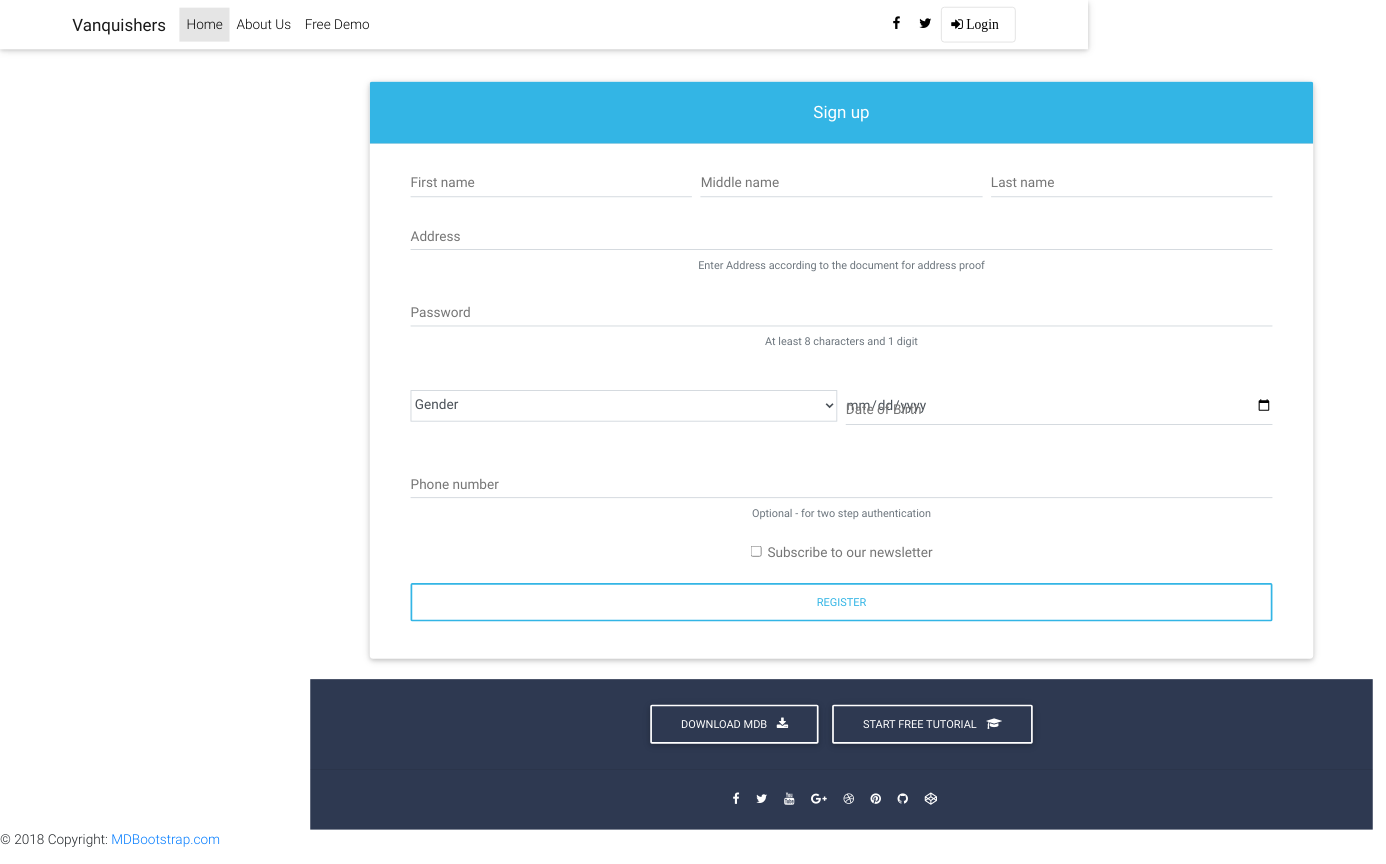
Repository: KJSCEhack/KJSCE_Vanquishers
Page: http://localhost/demo.php
These files come from the project's save history. The page is drawn as it stood at one moment and after the next save; the edit follows.
The browser window is 1280 px wide. The page is 1630 px wide, then 1280 px, so the pictures cover 1630 px, including what lies to the right of the window. The pictures show the whole page, at 85% of full size.
The page is run by PHP 8.4 with error messages shown; the project is at /var/www/html/.

Above is the page before, as saved 2018-10-06 09:56:12.
Console error: TypeError: $(...).material_select is not a function

After the next save:
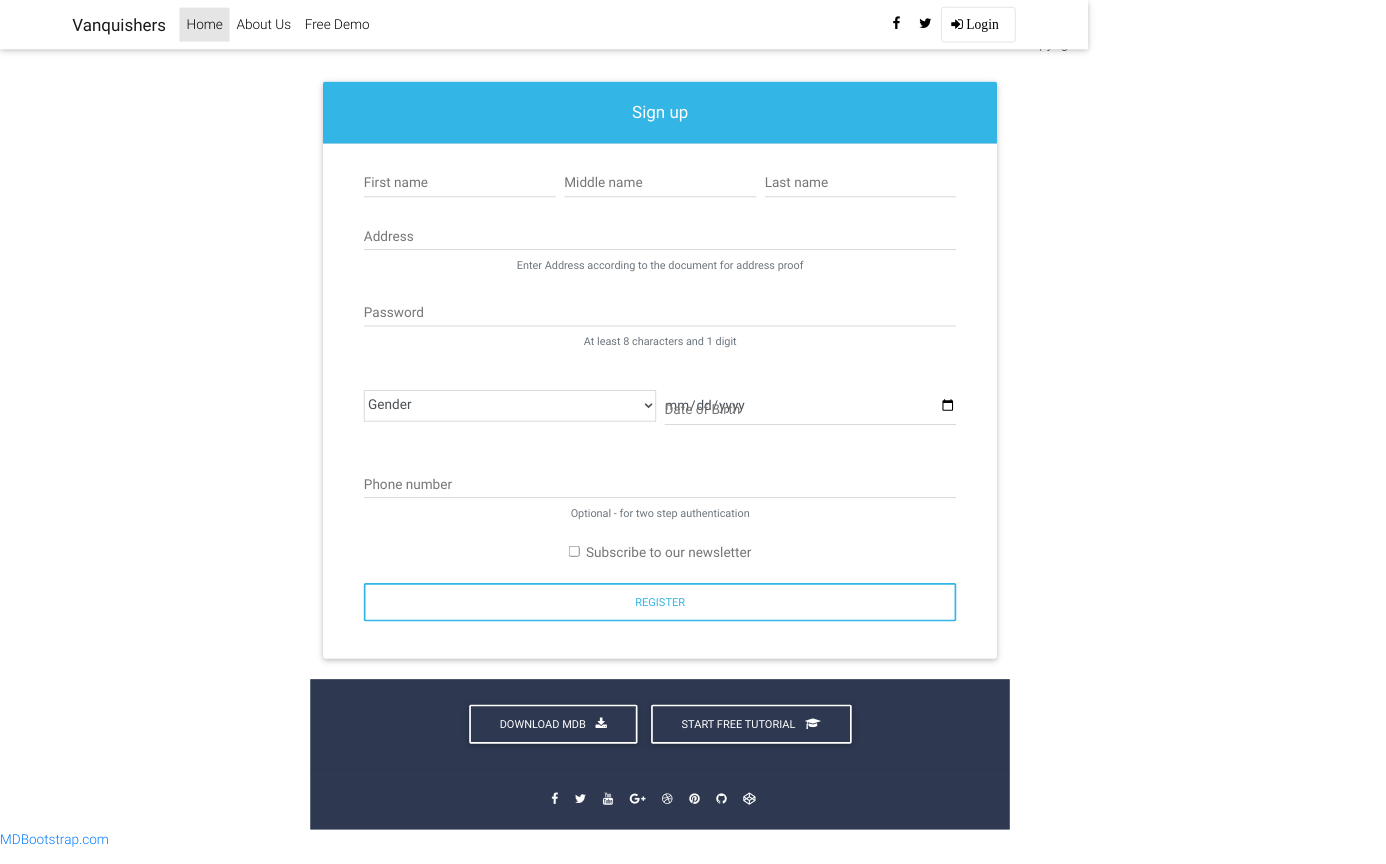
Saved 12 s later.
--- a/demo.php
+++ b/demo.php
@@ -101,7 +101,7 @@ mysqli_close($conn);
 
     <!--Main layout-->
 
-    <div class="col-md-12" style="float:left; margin-left:350px;">
+    <div class="col-md-8" style="float:left; margin-left:350px;">
     <main class="mt-5 pt-5">
         <div class="container">
             <!-- Material form register -->
